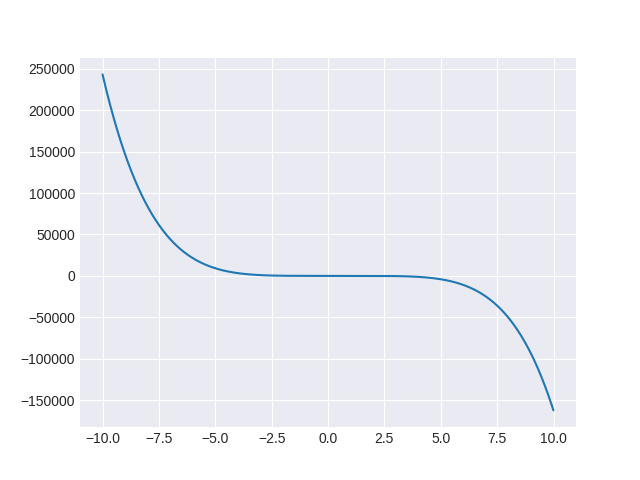
Repository: tinh2044/python
Script's output: python manchine_learning/numby/chart.py
An editor plug-in stored every save of this project. The script's output is shown before and after the next save, followed by the edit.
Random numbers start from a fixed seed.

Above is the script's output before, as saved 2022-11-22 16:11:24.

After the next save:
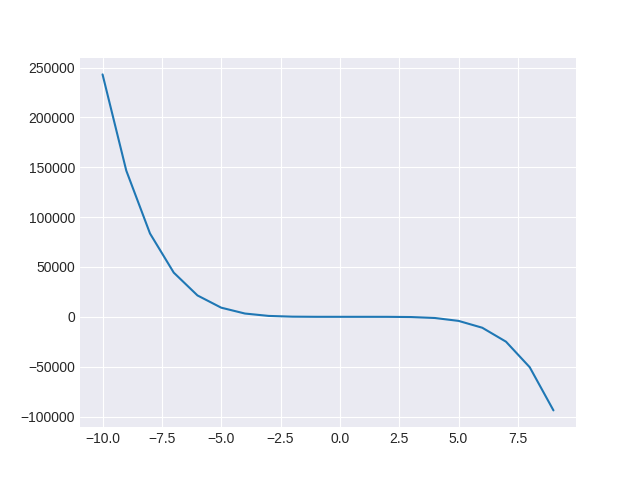
Saved 18 s later.
--- a/manchine_learning/numby/chart.py
+++ b/manchine_learning/numby/chart.py
@@ -29,7 +29,7 @@ def calc(function):
         new_function = function.replace("x", str_i)
         value = eval(new_function)
         y.append(value)
-        i += 0.005
+        i += 1
     return x,y
 
 def chart(x,y):
